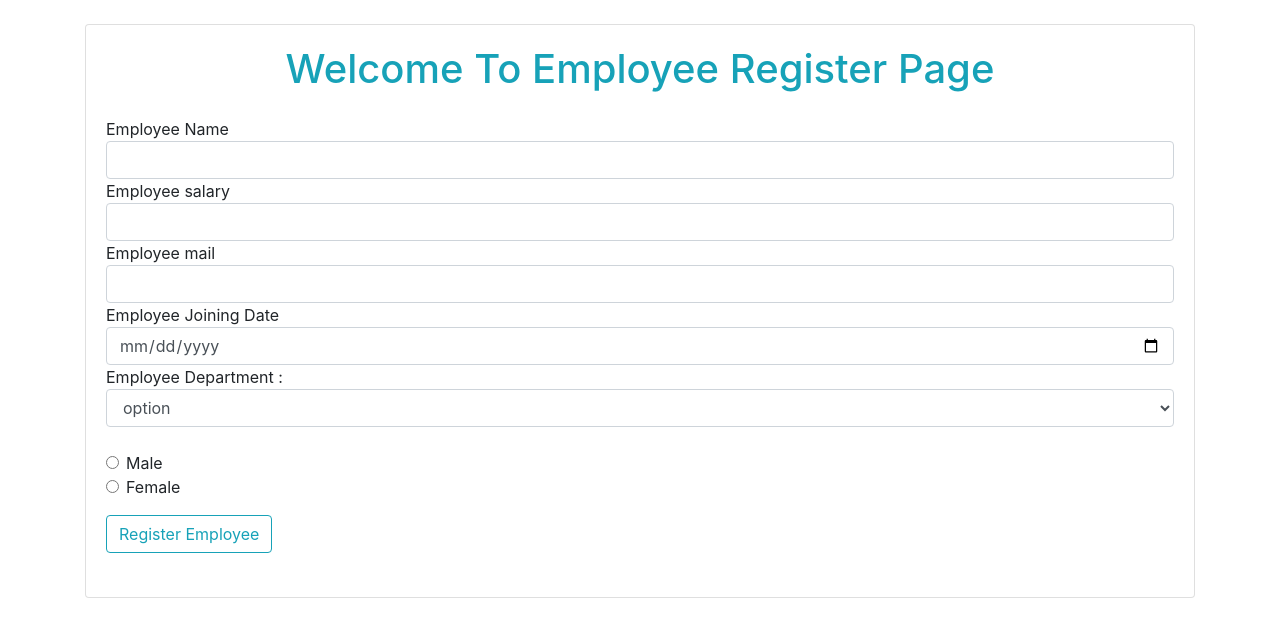
Repository: lokeshsukhwal/EmployeeMiniProject
Page: http://localhost/EmployeeRegister
The author's editor kept a copy of each file at every save. The page is drawn from the files as they stood at one save, then again after the next save.
The browser window is 1280 px wide. The pictures show the whole page.
The page is this project's Thymeleaf template; nobody is signed in. The template is opened directly, without the code that normally fills it, so the values that code supplies are empty.

Above is the page before, as saved 2023-01-18 14:35:08.

After the next save:
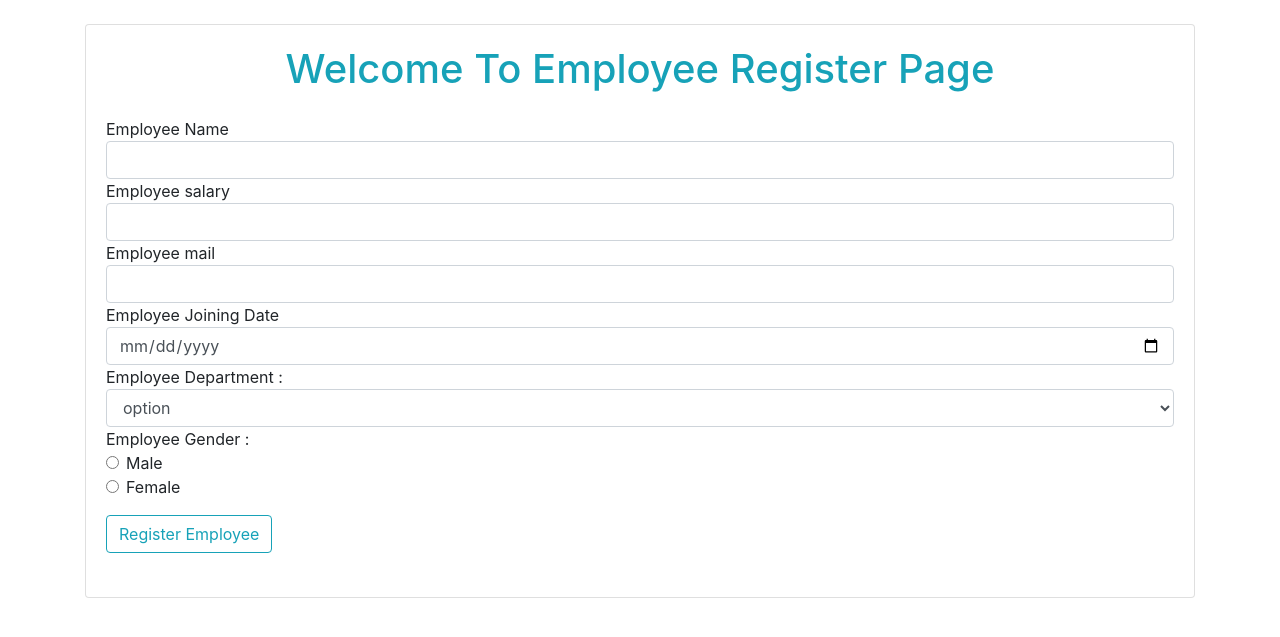
Saved 26 s later.
--- a/SpringBootMvc-ThymeleafMySqlCrudMiniProject/src/main/resources/templates/EmployeeRegister.html
+++ b/SpringBootMvc-ThymeleafMySqlCrudMiniProject/src/main/resources/templates/EmployeeRegister.html
@@ -22,7 +22,8 @@
 									<option value="dev">DEV</option>
 									<option value="ba">BA</option>
 									<option value="qa">QA</option>
-								  </select> <br>
+								  </select>
+				Employee Gender :
 					<div class="form-check">
 						<label class="form-check-label">
 						 <input type="radio"class="form-check-input" name="empGender" value="male">Male
